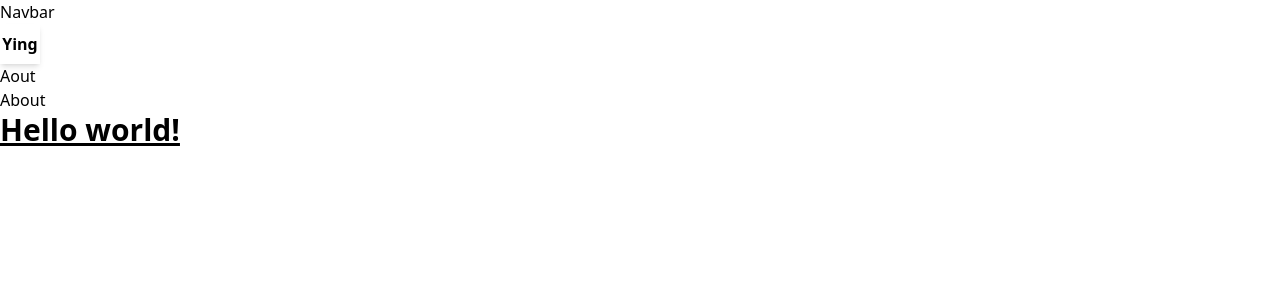
Repository: YingCG/plantmode-weather
Page: /about
The author's editor kept a copy of each file at every save. The page is drawn from the files as they stood at one save, then again after the next save.
The browser window is 1280 px wide. The pictures show the whole page.
The project was rebuilt for these pictures with package versions that can differ from the ones it lists, and the page was loaded fresh each time. Also part of the build but not shown: vite.config.js.

Above is the page before, as saved 2024-02-05 11:42:30.

After the next save:
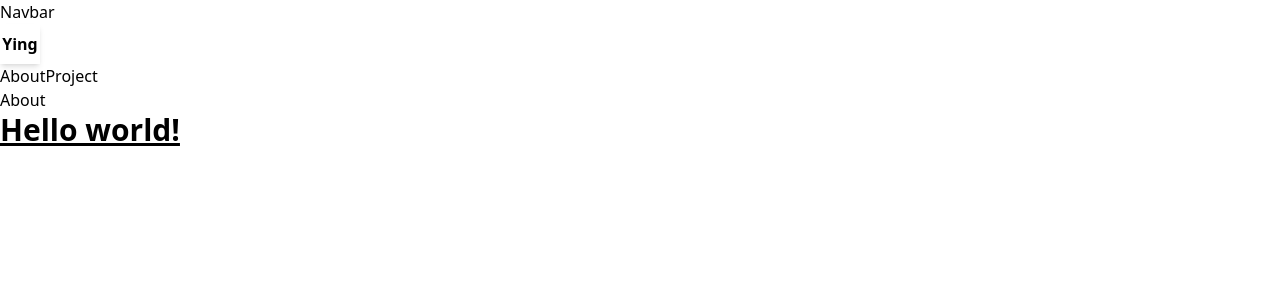
Saved 31 s later.
--- a/src/components/Navbar.jsx
+++ b/src/components/Navbar.jsx
@@ -10,7 +10,8 @@ const Navbar = () => {
       >
         <p className="blue-gradient_text">Ying</p>
       </NavLink>
-      <NavLink to="/about">Aout</NavLink>
+      <NavLink to="/about">About</NavLink>
+      <NavLink to="/projects">Project</NavLink>
     </header>
   );
 };
